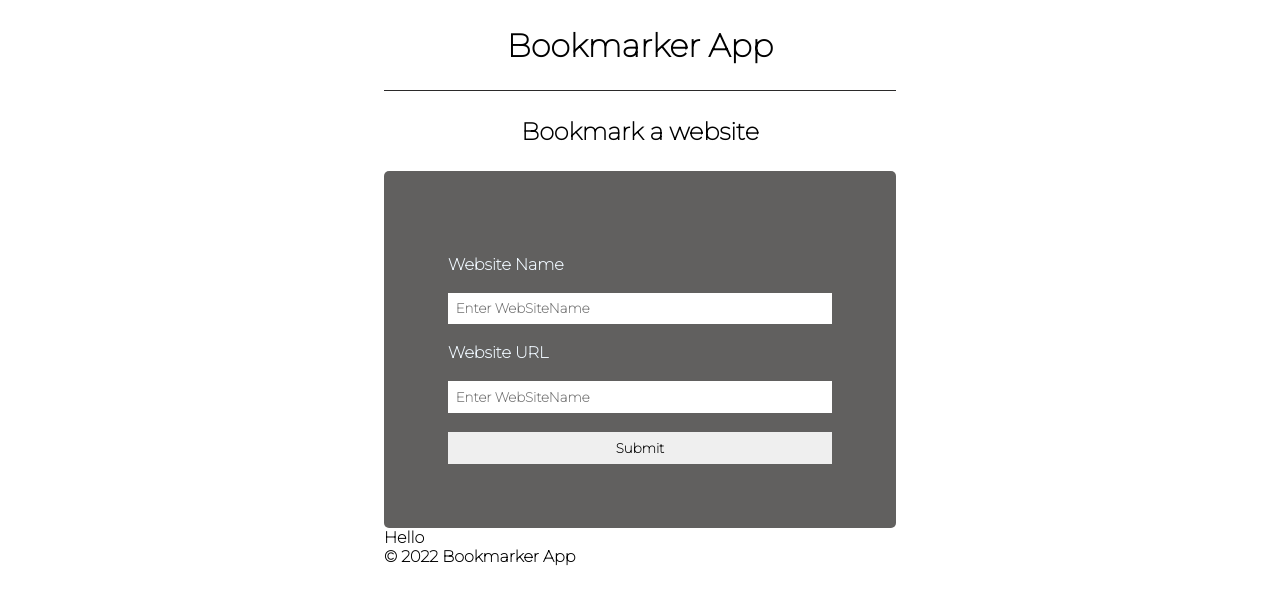
Repository: Suporl9/BookMarkerApp
Page: index.html
An editor plug-in stored every save of this project. The page is shown before and after the next save, followed by the edit.
The browser window is 1280 px wide. The pictures show the whole page.

Above is the page before, as saved 2021-11-21 21:16:31.

After the next save:
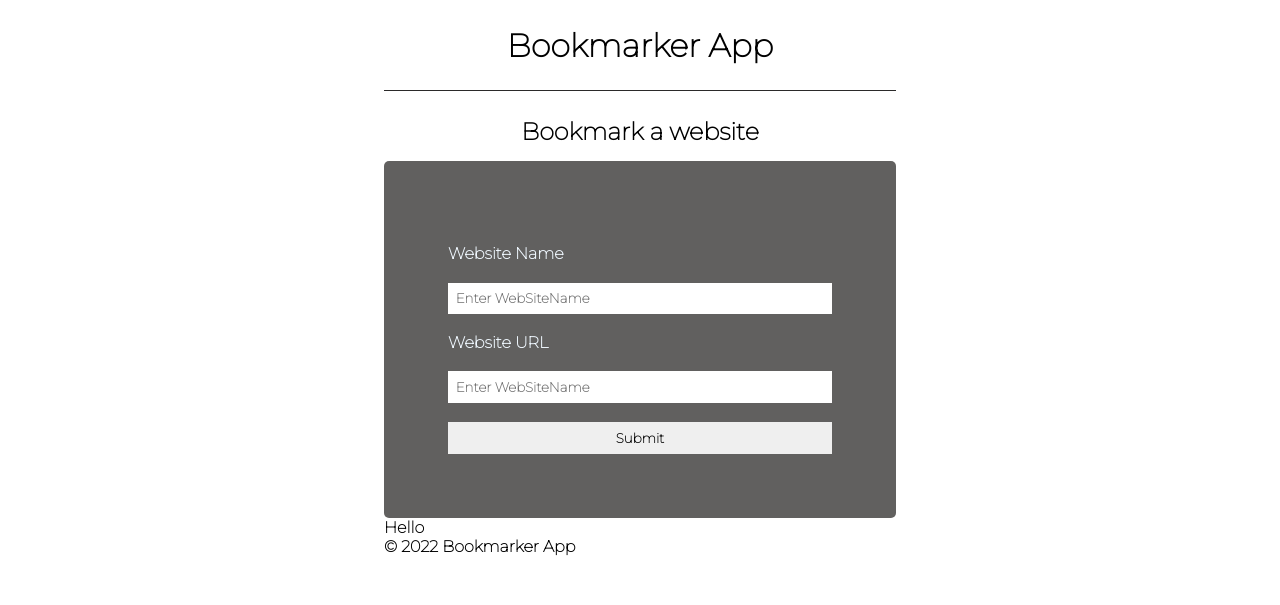
Saved 11 s later.
--- a/style.css
+++ b/style.css
@@ -52,7 +52,7 @@ body {
 } */
 .h2class {
   align-self: center;
-  margin-bottom: 5%;
+  margin-bottom: 3%;
 }
 .formSec {
   display: flex;
